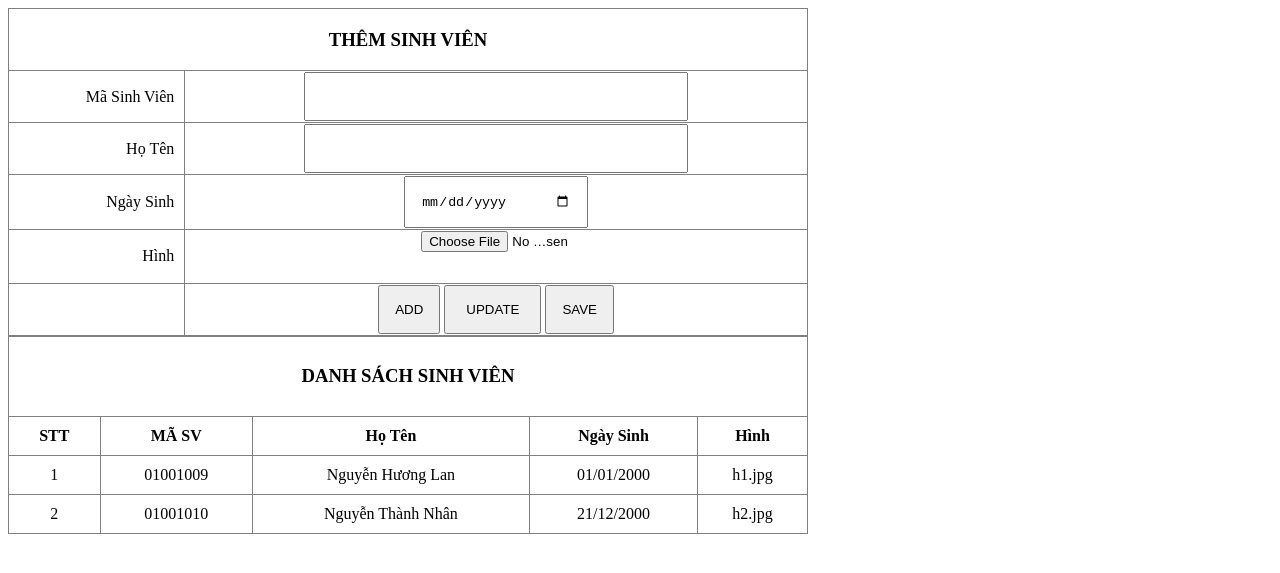
Repository: Tan-Khang21/TH_TKW--Buoi_04
Page: Bai_Tap_Mau/Bai_04/Bai_04.html
These files come from the project's save history. The page is drawn as it stood at one moment and after the next save; the edit follows.
The browser window is 1280 px wide. The pictures show the whole page.

Above is the page before, as saved 2024-03-06 10:12:51.

After the next save:
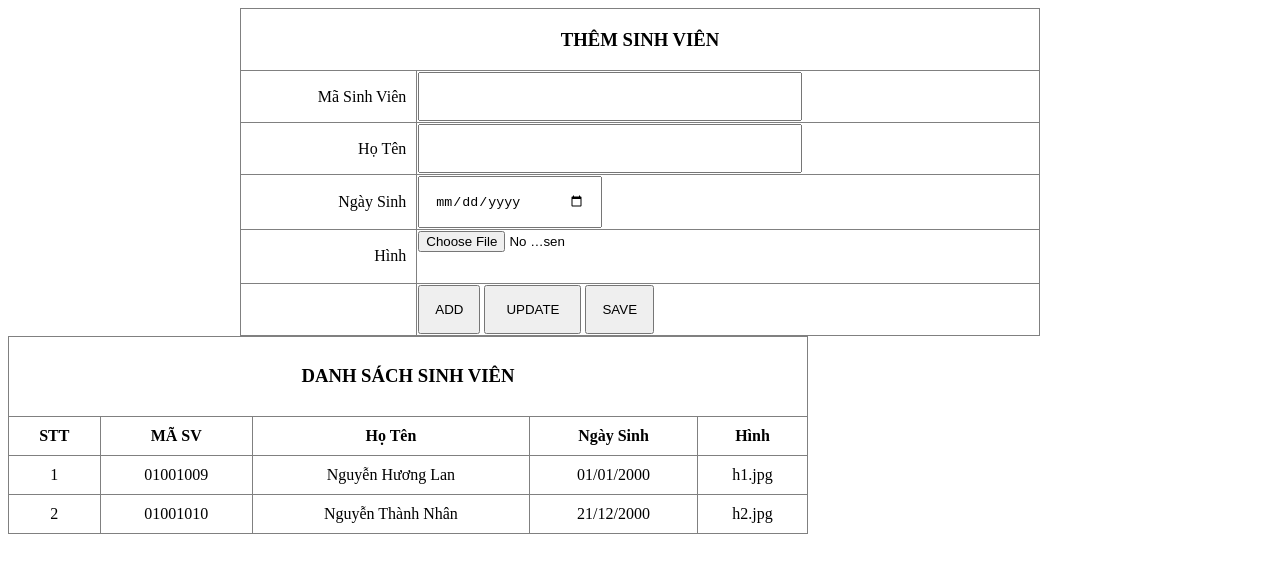
Saved 34 s later.
--- a/Bai_Tap_Mau/Bai_04/Bai_04.html
+++ b/Bai_Tap_Mau/Bai_04/Bai_04.html
@@ -5,8 +5,8 @@
     <meta name="viewport" content="width=device-width, initial-scale=1.0">
     <title>Document</title>
 </head>
-<body style="text-align: center;">
-    <table border="1px" style="width: 800px; border-collapse: collapse;">
+<body>
+    <table border="1px" style="width: 800px; border-collapse: collapse; margin: 0 auto;">
         <tr>
             <th colspan="3" ><h3>THÊM SINH VIÊN</h3></th>
         </tr>
